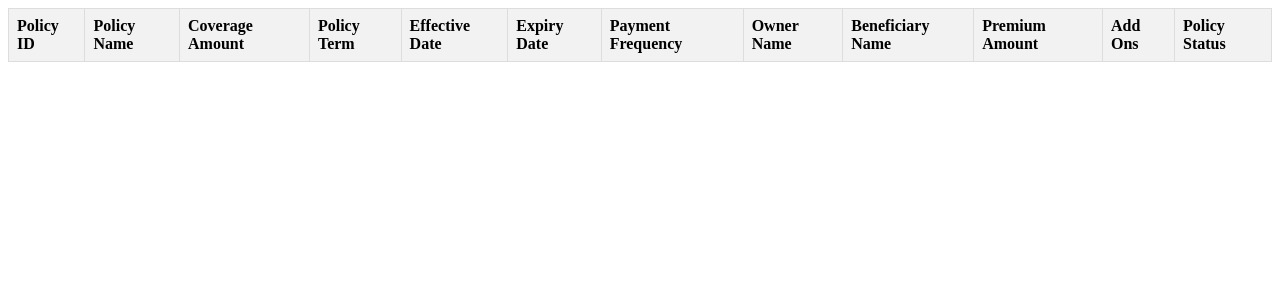
Repository: sowmini-nats/git-spring-project
Page: http://localhost/InsuranceAutomationSystem/PolicyView.jsp
The author's editor kept a copy of each file at every save. The page is drawn from the files as they stood at one save, then again after the next save.
The browser window is 1280 px wide. The pictures show the whole page.
The page is served by Tomcat 10. Other server files are loaded and not shown. The template is opened directly, without the code that normally fills it, so the values that code supplies are empty.

Above is the page before, as saved 2023-10-30 13:09:12.

### eclipse-workspace-jspassessment/InsuranceAutomationSystem/src/main/webapp/PolicyView.jsp
<%@ page language="java" contentType="text/html; charset=UTF-8" pageEncoding="UTF-8"%>
<%@taglib prefix="c" uri="http://java.sun.com/jsp/jstl/core"%>
<!DOCTYPE html>
<html>
<head>
    <meta charset="UTF-8">
    <title>Customer View</title>

</head>
<style>
table {
  border-collapse: collapse;
  width: 100%;
}

th, td {
  border: 1px solid #ddd;
  padding: 8px;
  text-align: left;
}

th {
  background-color: #f2f2f2;
}

tr:hover {
  background-color: #f5f5f5;
}

table tr:hover {
  background-color: #f2f2f2;
}
@keyframes fadeIn {
  from { opacity: 0; }
  to { opacity: 1; }
}

.animated-table {
  animation: fadeIn 1s ease-in-out;
}
.button {
  display: inline-block;
  padding: 10px 20px;
  font-size: 16px;
  text-align: center;
  text-decoration: none;
  background-color: #007bff;
  color: #fff;
  border-radius: 5px;
  cursor: pointer;
  transition: background-color 0.3s;
}

.button:hover {
  background-color: #0056b3;
}

.button:active {
  transform: translateY(2px);
}



    </style>
<body>
    <table class="animated-table">
        <thead>
            <tr>
            	<th>Policy ID</th>
                <th>Policy Name</th>
                <th>Coverage Amount</th>
                <th>Policy Term</th>
                <th>Effective Date</th>
                <th>Expiry Date</th>
                <th>Payment Frequency</th>
                <th>Owner Name</th>
               	<th>Beneficiary Name</th>
               	<th>Premium Amount</th>
               	<th>Add Ons</th>
               	<th>Policy Status</th>
            </tr>
        </thead>
        <tbody>
<c:forEach items="${policyList}" var="item">
<tr>
		<td><c:out value="${item.policyId}"/></td>
		<td><c:out value="${item.policyName}"/></td>
		<td><c:out value="${item.coverageAmt}"/></td>
		<td><c:out value="${item.policyTerm}"/></td>
		<td><c:out value="${item.effectiveDate}"/></td>
		<td><c:out value="${item.expiryDate}"/></td>
		<td><c:out value="${item.paymentFrequency}"/></td>
		<td><c:out value="${item.customer.custId}"/></td>
		<td><c:out value="${item.beneficiaryName}"/></td>
		<td><c:out value="${item.premiumAmt}"/></td>
		<td><c:out value="${item.policyAddOns}"/></td>
		<td><c:out value="${item.policyStatus}"/></td>
</tr>
</c:forEach>
</tbody>
</table>
</body>
</html>

After the next save:
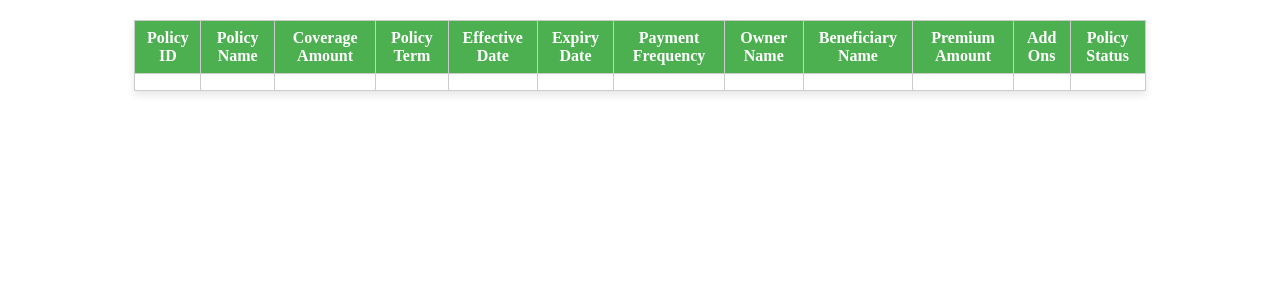
Saved 9 min 13 s later.
--- a/eclipse-workspace-jspassessment/InsuranceAutomationSystem/src/main/webapp/PolicyView.jsp
+++ b/eclipse-workspace-jspassessment/InsuranceAutomationSystem/src/main/webapp/PolicyView.jsp
@@ -1,69 +1,41 @@
-<%@ page language="java" contentType="text/html; charset=UTF-8" pageEncoding="UTF-8"%>
-<%@taglib prefix="c" uri="http://java.sun.com/jsp/jstl/core"%>
+<%@ page language="java" contentType="text/html; charset=ISO-8859-1"
+    pageEncoding="ISO-8859-1"%>
 <!DOCTYPE html>
 <html>
 <head>
-    <meta charset="UTF-8">
-    <title>Customer View</title>
-
+<meta charset="ISO-8859-1">
+<title>Insert title here</title>
 </head>
 <style>
 table {
-  border-collapse: collapse;
-  width: 100%;
-}
+        border-collapse: collapse;
+        width: 80%;
+        margin: 20px auto;
+        box-shadow: 0 4px 8px rgba(0,0,0,0.1); /* Add shadow */
+        border: 1px solid #ccc; /* Add border */
+    }
+    th, td {
+        border: 1px solid #ccc;
+        padding: 8px;
+        text-align: center;
+        transition: background-color 0.3s; /* Add transition */
+    }
 
-th, td {
-  border: 1px solid #ddd;
-  padding: 8px;
-  text-align: left;
-}
+    tr:nth-child(even) {
+        background-color: #f2f2f2;
+    }
 
-th {
-  background-color: #f2f2f2;
-}
+    th {
+        background-color: #4CAF50;
+        color: white;
+    }
 
-tr:hover {
-  background-color: #f5f5f5;
-}
-
-table tr:hover {
-  background-color: #f2f2f2;
-}
-@keyframes fadeIn {
-  from { opacity: 0; }
-  to { opacity: 1; }
-}
-
-.animated-table {
-  animation: fadeIn 1s ease-in-out;
-}
-.button {
-  display: inline-block;
-  padding: 10px 20px;
-  font-size: 16px;
-  text-align: center;
-  text-decoration: none;
-  background-color: #007bff;
-  color: #fff;
-  border-radius: 5px;
-  cursor: pointer;
-  transition: background-color 0.3s;
-}
-
-.button:hover {
-  background-color: #0056b3;
-}
-
-.button:active {
-  transform: translateY(2px);
-}
-
-
-
-    </style>
+    th:hover, td:hover {
+        background-color: #f9f9f9; /* Change color on hover */
+    }
+</style>
 <body>
-    <table class="animated-table">
+<table >
         <thead>
             <tr>
             	<th>Policy ID</th>
